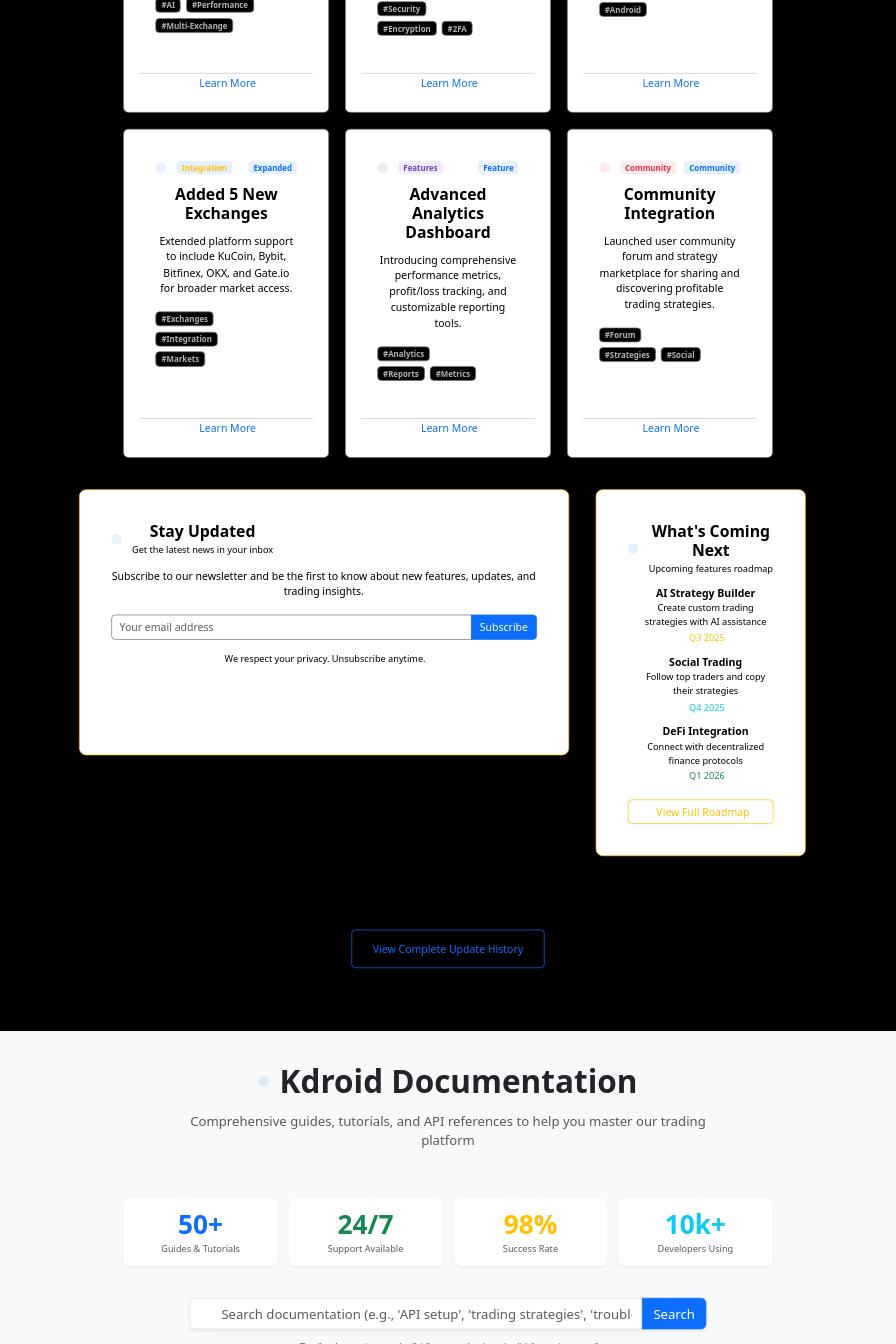
Repository: Kevin-Pro-Codes/halo-trading
Page: /
The author's editor kept a copy of each file at every save. The page is drawn from the files as they stood at one save, then again after the next save.
The browser window is 1280 px wide. The pictures show the part of the page from y = 3890 to 5810 px (the page is 19648 px tall), at 70% of full size.
The page's requests for data from a server got no answer. The project was rebuilt for these pictures with package versions that can differ from the ones it lists, and the page was loaded fresh each time. Some packages were replaced by stand-ins written for this rebuild. No one was signed in, and anything a server would have sent is missing. Also part of the build but not shown: vite.config.js, src/styles/DocStyle.css, src/styles/PricingStyle.css.

Above is the page before, as saved 2025-12-09 21:00:43.

### src/index.css
:root {
  font-family: system-ui, Avenir, Helvetica, Arial, sans-serif;
  line-height: 1.5;
  font-weight: 400;
  color-scheme: light dark;
  color: rgba(255, 255, 255, 0.87);
  background-color: #242424;
  font-synthesis: none;
  text-rendering: optimizeLegibility;
  -webkit-font-smoothing: antialiased;
  -moz-osx-font-smoothing: grayscale;
}

a {
  font-weight: 500;
  color: #646cff;
  text-decoration: inherit;
}
a:hover {
  color: #535bf2;
}


h1 {
  font-size: 3.2em;
  line-height: 1.1;
}

button {
  border-radius: 8px;
  border: 1px solid transparent;
  padding: 0.6em 1.2em;
  font-size: 1em;
  font-weight: 500;
  font-family: inherit;
  background-color: #1a1a1a;
  cursor: pointer;
  transition: border-color 0.25s;
}
button:hover {
  border-color: #646cff;
}
button:focus,
button:focus-visible {
  outline: 4px auto -webkit-focus-ring-color;
}

### src/Navbar.jsx
import React from 'react';
import haloLogo from './assets/halo.png';



const Navbar = ({ showHamburger, menuOpen, setMenuOpen }) => {
  return (
    <nav className="navbar">
      <div className="nav-content">
        <div className="nav-brand">
          <img src={haloLogo} alt="Trading Bot Logo" className="logo-img" />
        </div>

        {showHamburger ? (
          <div className="hamburger-container">
            <button
              className={`hamburger-btn ${menuOpen ? 'active' : ''}`}
              onClick={() => setMenuOpen(!menuOpen)}
              aria-label="Menu"
            >
              <span></span>
              <span></span>
              <span></span>
            </button>
          </div>
        ) : (
          <div className="nav-links">
            <button className="nav-btn">Home</button>
            <button className="nav-btn">About</button>
            <button className="nav-btn">Products</button>
            <button className="nav-btn">Contact</button>
          </div>
        )}
      </div>

      {showHamburger && menuOpen && (
        <div className="mobile-menu">
          <button className="nav-btn">Home</button>
          <button className="nav-btn">About</button>
          <button className="nav-btn">Products</button>
          <button className="nav-btn">Contact</button>
        </div>
      )}
    </nav>
  );
};

export default Navbar;

### src/components/LatestSection.jsx
import React from 'react';

const LatestSection = () => {
  const updates = [
    {
      id: 1,
      title: "Version 3.0 Launched",
      description: "Major platform upgrade with AI-powered trading signals, enhanced backtesting, and multi-exchange arbitrage capabilities.",
      category: "Platform Update",
      date: "June 2025",
      icon: "bi-rocket-takeoff-fill",
      color: "primary",
      badge: "New",
      tags: ["AI", "Performance", "Multi-Exchange"]
    },
    {
      id: 2,
      title: "Enhanced Security Framework",
      description: "Implemented advanced API key encryption, multi-factor authentication, and real-time threat detection systems.",
      category: "Security",
      date: "May 2025",
      icon: "bi-shield-check",
      color: "success",
      badge: "Enhanced",
      tags: ["Security", "Encryption", "2FA"]
    },
    {
      id: 3,
      title: "Mobile App 2.0 Released",
      description: "Redesigned mobile application with real-time notifications, advanced charting, and one-click trade execution.",
      category: "Mobile",
      date: "April 2025",
      icon: "bi-phone-fill",
      color: "info",
      badge: "Update",
      tags: ["Mobile", "iOS", "Android"]
    },
    {
      id: 4,
      title: "Added 5 New Exchanges",
      description: "Extended platform support to include KuCoin, Bybit, Bitfinex, OKX, and Gate.io for broader market access.",
      category: "Integration",
      date: "March 2025",
      icon: "bi-arrow-left-right",
      color: "warning",
      badge: "Expanded",
      tags: ["Exchanges", "Integration", "Markets"]
    },
    {
      id: 5,
      title: "Advanced Analytics Dashboard",
      description: "Introducing comprehensive performance metrics, profit/loss tracking, and customizable reporting tools.",
      category: "Features",
      date: "February 2025",
      icon: "bi-graph-up",
      color: "purple",
      badge: "Feature",
      tags: ["Analytics", "Reports", "Metrics"]
    },
    {
      id: 6,
      title: "Community Integration",
      description: "Launched user community forum and strategy marketplace for sharing and discovering profitable trading strategies.",
      category: "Community",
      date: "January 2025",
      icon: "bi-people-fill",
      color: "danger",
      badge: "Community",
      tags: ["Forum", "Strategies", "Social"]
    }
  ];

  const categories = [
    { id: "all", name: "All Updates", icon: "bi-grid", count: updates.length },
    { id: "platform", name: "Platform", icon: "bi-rocket", count: 1 },
    { id: "security", name: "Security", icon: "bi-shield", count: 1 },
    { id: "mobile", name: "Mobile", icon: "bi-phone", count: 1 },
    { id: "integration", name: "Integration", icon: "bi-arrow-left-right", count: 1 },
    { id: "features", name: "Features", icon: "bi-stars", count: 1 },
    { id: "community", name: "Community", icon: "bi-people", count: 1 }
  ];

  return (
    <section className="py-5 bg-dark text-white">
      <div className="container">
        {/* Header */}
        <div className="row justify-content-center text-center mb-5">
          <div className="col-lg-8">
            <div className="d-flex align-items-center justify-content-center mb-3">
              <div className="bg-primary bg-opacity-10 p-2 rounded-circle me-3">
                <i className="bi bi-megaphone-fill text-primary fs-3"></i>
              </div>
              <h2 className="display-5 fw-bold mb-0 text-white">Latest Updates & News</h2>
            </div>
            <p className="lead text-white-50 mb-4">
              Stay updated with the latest features, improvements, and announcements from our trading platform
            </p>
          </div>
        </div>

        {/* Stats Summary */}
        <div className="row justify-content-center mb-5">
          <div className="col-lg-10">
            <div className="row g-3">
              <div className="col-md-3 col-6">
                <div className="text-center p-3 bg-dark bg-opacity-50 border border-secondary rounded-3">
                  <div className="display-6 fw-bold text-primary mb-1">{updates.length}</div>
                  <div className="text-white-50 small">Total Updates</div>
                </div>
              </div>
              <div className="col-md-3 col-6">
                <div className="text-center p-3 bg-dark bg-opacity-50 border border-secondary rounded-3">
                  <div className="display-6 fw-bold text-success mb-1">5</div>
                  <div className="text-white-50 small">New Exchanges</div>
                </div>
              </div>
              <div className="col-md-3 col-6">
                <div className="text-center p-3 bg-dark bg-opacity-50 border border-secondary rounded-3">
                  <div className="display-6 fw-bold text-warning mb-1">3.0</div>
                  <div className="text-white-50 small">Current Version</div>
                </div>
              </div>
              <div className="col-md-3 col-6">
                <div className="text-center p-3 bg-dark bg-opacity-50 border border-secondary rounded-3">
                  <div className="display-6 fw-bold text-info mb-1">98%</div>
                  <div className="text-white-50 small">Uptime Rate</div>
                </div>
              </div>
            </div>
          </div>
        </div>

        {/* Category Filter */}
        <div className="row justify-content-center mb-4">
          <div className="col-lg-10">
            <div className="d-flex flex-wrap justify-content-center gap-2 mb-4">
              {categories.map((category) => (
                <button
                  key={category.id}
                  className="btn btn-outline-primary btn-sm px-3 py-2"
                >
                  <i className={`bi ${category.icon} me-2`}></i>
                  {category.name}
                  <span className="badge bg-primary ms-2">{category.count}</span>
                </button>
              ))}
            </div>
          </div>
        </div>

       {/* Updates Grid */}
<div className="row justify-content-center">
  <div className="col-lg-10">
    <div className="row g-4">
      {updates.map((update) => (
        <div key={update.id} className="col-md-6 col-lg-4">
          <div className="card h-100 border-secondary bg-white hover-lift transition-all">
            <div className="card-body p-4">
              <div className="d-flex justify-content-between align-items-start mb-3">
                <div className="d-flex align-items-center">
                  <div className={`bg-${update.color} bg-opacity-10 p-2 rounded-circle me-3`}>
                    <i className={`bi ${update.icon} text-${update.color} fs-5`}></i>
                  </div>
                  <span className={`badge bg-${update.color} bg-opacity-10 text-${update.color}`}>
                    {update.category}
                  </span>
                </div>
                <span className="badge bg-primary bg-opacity-10 text-primary">
                  {update.badge}
                </span>
              </div>

              <h4 className="fw-bold mb-3 text-black">{update.title}</h4>
              <p className="text-black mb-4">{update.description}</p>

              <div className="d-flex justify-content-between align-items-center mt-auto">
                <div className="d-flex flex-wrap gap-2"> {/* REMOVED: pb-5 class */}
                  {update.tags.map((tag, index) => (
                    <span key={index} className="badge bg-dark border border-secondary text-white-50 small pb-1.5">
                      #{tag}
                    </span>
                  ))}
                </div>
                <div className="text-end">
                  <div className="text-white-50 small">{update.date}</div>
                </div>
              </div>
            </div>

            {/* Card Footer */}
            <div className="card-footer bg-white border-top border-secondary pt-0">
              <button className="btn btn-link text-decoration-none p-0 text-primary">
                <i className="bi bi-arrow-right-circle me-1"></i>
                Learn More
              </button>
            </div>
          </div>
        </div>
      ))}
    </div>
  </div>
</div>

{/* Two Boxes at Bottom - FULL CONTROL */}
<div style={{
  width: '100%',
  marginTop: '3rem',
  marginBottom: '2rem'
}}>
  <div style={{
    display: 'flex',
    justifyContent: 'center'
  }}>

    {/* Left Box: Newsletter */}
    <div style={{
      marginLeft: '95px',
      minWidth: '650px',
      maxWidth: '700px'
    }}>
       <div className="card border-warning bg-white" style={{
        minWidth: '700px',
        minHeight: '380px',
        borderRadius: '10px'
      }}>
        <div className="card-body p-4">

          <div className="d-flex align-items-center mb-3">
            <div className="bg-primary bg-opacity-10 p-2 rounded-circle me-3">
              <i className="bi bi-bell-fill text-black fs-4"></i>
            </div>
            <div>
              <h4 className="fw-bold mb-1 text-black">Stay Updated</h4>
              <p className="text-black small mb-0">Get the latest news in your inbox</p>
            </div>
          </div>

          <p className="text-black mb-4">
            Subscribe to our newsletter and be the first to know about new features, updates, and trading insights.
          </p>

          <div className="mt-auto">
            <div className="input-group mb-3">
              <input
                type="email"
                className="form-control border-secondary"
                placeholder="Your email address"
              />
              <button className="btn btn-primary">Subscribe</button>
            </div>
            <small className="text-black">
              <i className="bi bi-shield-check me-1"></i>
              We respect your privacy. Unsubscribe anytime.
            </small>
          </div>
        </div>
      </div>
    </div>

    {/* Right Box: Roadmap */}
    <div style={{
      flex: 'none',
      minWidth: '500px',
      maxWidth: '700px'
    }}>
      <div className="card border-warning bg-white" style={{
        minHeight: '380px',
         marginLeft: '88px',
        borderRadius: '10px'
      }}>
        <div className="card-body p-4">

          <div className="d-flex align-items-center mb-3">
            <div className="bg-warning bg-opacity-10 p-2 rounded-circle me-3">
              <i className="bi bi-map text-warning fs-4"></i>
            </div>
            <div>
              <h4 className="fw-bold mb-1 text-black">What's Coming Next</h4>
              <p className="text-black small mb-0">Upcoming features roadmap</p>
            </div>
          </div>

          <div className="mb-4">
            <div className="d-flex align-items-start mb-3">
              <div className="text-warning me-3 mt-1"><i className="bi bi-circle-fill"></i></div>
              <div>
                <h6 className="fw-bold mb-1 text-black">AI Strategy Builder</h6>
                <p className="text-black small mb-0">Create custom trading strategies with AI assistance</p>
                <small className="text-warning"><i className="bi bi-calendar me-1"></i> Q3 2025</small>
              </div>
            </div>

            <div className="d-flex align-items-start mb-3">
              <div className="text-info me-3 mt-1"><i className="bi bi-circle-fill"></i></div>
              <div>
                <h6 className="fw-bold mb-1 text-black">Social Trading</h6>
                <p className="text-black small mb-0">Follow top traders and copy their strategies</p>
                <small className="text-info"><i className="bi bi-calendar me-1"></i> Q4 2025</small>
              </div>
            </div>

            <div className="d-flex align-items-start">
              <div className="text-success me-3 mt-1"><i className="bi bi-circle-fill"></i></div>
              <div>
                <h6 className="fw-bold mb-1 text-black">DeFi Integration</h6>
                <p className="text-black small mb-0">Connect with decentralized finance protocols</p>
                <small className="text-success"><i className="bi bi-calendar me-1"></i> Q1 2026</small>
              </div>
            </div>
          </div>

          <div className="mt-auto">
            <button className="btn btn-outline-warning w-100">
              <i className="bi bi-clock-history me-2"></i>
              View Full Roadmap
            </button>
          </div>
        </div>
      </div>
    </div>

  </div>
</div>

        {/* View All Button - Adjusted for bottom position */}
        <div className="row justify-content-center mt-5 py-5"> {/* CHANGED: Increased top margin to mt-5 and added vertical padding with py-5 */}
          <div className="col-lg-10 text-center">
            <button className="btn btn-outline-primary px-4 py-3">
              <i className="bi bi-clock-history me-2"></i>
              View Complete Update History
              <i className="bi bi-arrow-right ms-2"></i>
            </button>
          </div>
        </div>
      </div>

      {/* CSS Styling */}
      <style jsx>{`
        .bg-dark {
          background-color: #000000 !important;
        }
          .bg-white {
          background-color: #ffffffff !important;
        }
        .hover-lift {
          transition: all 0.3s ease;
        }

        .hover-lift:hover {
          transform: translateY(-5px);
          box-shadow: 0 10px 25px rgba(0, 0, 0, 0.3) !important;
          border-color: #495057 !important;
        }

        .transition-all {
          transition: all 0.3s ease;
        }

        .bg-purple {
          background-color: #6f42c1 !important;
        }

        .text-purple {
          color: #6f42c1 !important;
        }

        .bg-purple.bg-opacity-10 {
          background-color: rgba(111, 66, 193, 0.1) !important;
        }

        .bg-danger.bg-opacity-10 {
          background-color: rgba(220, 53, 69, 0.1) !important;
        }

        .text-white-50 {
          color: rgba(255, 255, 255, 0.7) !important;
        }




      `}</style>
    </section>
  );
};

export default LatestSection;

### src/Footer.jsx
import React from "react";

const Footer = () => {
  return (
    <footer className="section-black">
      <div className="section-content">
        <div className="footer-grid">
          <div className="footer-col">
            <h3>Contact</h3>
            <p>Email: support@halo.com</p>
            <p>Phone: +55 11 9987-6543</p>
            <p>Address: 456 Finance Street, Crypto City</p>
          </div>
          <div className="footer-col">
            <h3>Legal</h3>
            <p><a href="#">Risk Disclosure</a></p>
            <p><a href="#">Terms of Service</a></p>
            <p><a href="#">Privacy Policy</a></p>
          </div>
          <div className="footer-col">
            <h3>Support</h3>
            <p><a href="#">Help Center</a></p>
            <p><a href="#">API Documentation</a></p>
            <p><a href="#">Community Forum</a></p>
            <p className="mt-3"><a href="#">MetaTrader 5</a></p>
          </div>
        </div>
        <div className="footer-bottom">
          <p>
            © 2025 Halo Algo Trading. All rights reserved. Disclaimer: Trading
            involves risk. Past performance is not indicative of future results.
          </p>
          <p className="disclaimer"></p>
        </div>
      </div>
    </footer>
  );
};

export default Footer;

### src/App.css
/* Variables */
:root {
  --primary-color: #646cff;
  --primary-hover: #535bf2;
  --text-dark: black;
  --text-light: #ffffff;
  --bg-dark: black;
  --bg-light: #ffffff;
  --border-radius: 4px;
  --transition: all 0.3s ease;
}

#root {
  max-width: 100%;
  margin: auto;
  padding: 0rem;
  text-align: center;
}

/* Base Styles */
* {
  box-sizing: border-box;
  margin: 0;
  padding: 0;


}

html {
  font-size: 15px;

}



/* Typography */
h1, h2, h3, h4, h5, h6 {
  margin-bottom: 1rem;
  line-height: 1.2;
}

h2 {
  font-size: 2rem;
}

h3 {
  font-size: 1.5rem;
  margin: 1rem 0;
}

p {
  margin-bottom: 1rem;
}

ul {
  list-style: none;
  padding-left: 0;
}

/* Utility Classes */
.black-text {
  color: var(--text-dark);
}

.white-text {
  color: var(--text-light);
}

.bg-white {
  background-color: var(--bg-light);
}

.bg-black {
  background-color: var(--bg-dark);
}


section {
  padding: 3rem 0;
}

.section-content {
  max-width: 2280px;
  margin: 0 auto;
  padding: 0 1rem;
}

.section-black {
  background-color: var(--bg-dark);
  color: var(--text-light);
}

### src/styles/ConverterStyle.css
/* Add to your existing CSS */
.converter-container {
  max-width: 500px;
  margin: 0 auto;
}

.converter-card {
  background-color: white;
  padding: 2rem;
  border-radius: var(--border-radius);
}

.converter-row {
  display: flex;
  align-items: center;
  margin-bottom: 1rem;
}

.converter-row label {
  width: 80px;
  text-align: right;
  margin-right: 1rem;
}

.converter-row input {
  flex: 1;
  padding: 0.5rem;
  border-radius: var(--border-radius);
  border: 1px solid #ddd;
  background-color: var(--bg-light);
  color: var(--text-dark);
}

.converter-card label,
.converter-card .rate-display {
  color: black; /* Replace with your desired color */
  font-weight: bold;
}

.rate-display {
  text-align: center;
  margin-top: 1.5rem;
  font-size: 0.9rem;
  opacity: 0.8;
}

/* Responsive adjustments */
@media (max-width: 600px) {
  .converter-row {
    flex-direction: column;
    align-items: flex-start;
  }

  .converter-row label {
    width: 100%;
    text-align: left;
    margin-bottom: 0.5rem;
  }
}

### src/styles/GalleryStyle.css
.card {
  max-width: 300px;         /* sets a max size without using % */
  width: 100%;              /* allows it to shrink only if necessary */
  padding: 1.5rem;
  border-radius: var(--border-radius);
  margin: 1rem auto;        /* centers the card */
  text-align: center;       /* centers button inside */
  box-sizing: border-box;   /* ensures padding doesn't add to width */
}



/* Gallery */
.gallery-grid {
  display: grid;
  grid-template-columns: repeat(auto-fill, minmax(200px, 1fr));
  gap: 1rem;
  margin-top: 1rem;
}

.gallery-item {
  border: 2px solid black;     /* Outline border color */
  border-radius: 8px;            /* Rounded corners (optional) */
  padding: 16px;                 /* Inner spacing */
  text-align: center;            /* Center the text */
  font-size: 20px;
  font-family: 'Calibri', sans-serif;
  color: black !important;
  transition: 0.3s ease-in-out;  /* Smooth hover transition */
  position: relative;
  width: 100%;
  height: 10rem;
  overflow: hidden;
  border-radius: 8px;
  background-color: white;
  box-shadow: 0 0 6px white;
}


.gallery-image {
  max-width: 100%;
  max-height: 100%;
  object-fit: contain;
}



.photo-gallery {
  display: grid;
  grid-template-columns: repeat(auto-fit, minmax(200px, 1fr));
  gap: 16px;
}


.square-image-container {
  position: absolute;
  top: 0; left: 0; right: 0; bottom: 0;
  display: flex;
  justify-content: center;
  align-items: center;
  overflow: hidden;
}

### src/styles/FooterStyle.css

/* Footer */
.footer-grid {
  display: grid;
  grid-template-columns: repeat(auto-fit, minmax(200px, 1fr));

}

.footer-col a {
  color: var(--text-light);
  text-decoration: none;

}

.footer-col a:hover {
  text-decoration: underline;

}

.footer-bottom {
  text-align: center;
  padding-top: 1rem;
  border-top: 1px solid rgba(255, 255, 255, 0.1);

}

.disclaimer {

  padding-bottom: 10px;
   margin-bottom: 0px !important;
}

Loaded but not shown: index.html (common file); src/main.jsx (common file); src/components/DocSection.jsx (389 lines, source omitted); src/components/ConverterSection.jsx (399 lines, source omitted); src/components/FaqSection.jsx (283 lines, source omitted); src/components/SetupSection.jsx (300 lines, source omitted); src/components/GallerySection.jsx (302 lines, source omitted); src/components/PricingSection.jsx (314 lines, source omitted); src/components/TestimonialSection.jsx (224 lines, source omitted); src/components/IntroSection.jsx (222 lines, source omitted); src/components/PerformanceSection.jsx (184 lines, source omitted); src/App.jsx (130 lines, source omitted); src/styles/NavbarStyle.css (126 lines, source omitted); src/styles/FaqStyle.css (no stored copy; drawn as an empty file); src/styles/IntroStyle.css (no stored copy; drawn as an empty file); src/styles/LatestStyle.css (no stored copy; drawn as an empty file); src/styles/PerformanceStyle.css (no stored copy; drawn as an empty file); src/styles/SetupStyle.css (no stored copy; drawn as an empty file); src/styles/TestimonialStyle.css (no stored copy; drawn as an empty file)

After the next save:
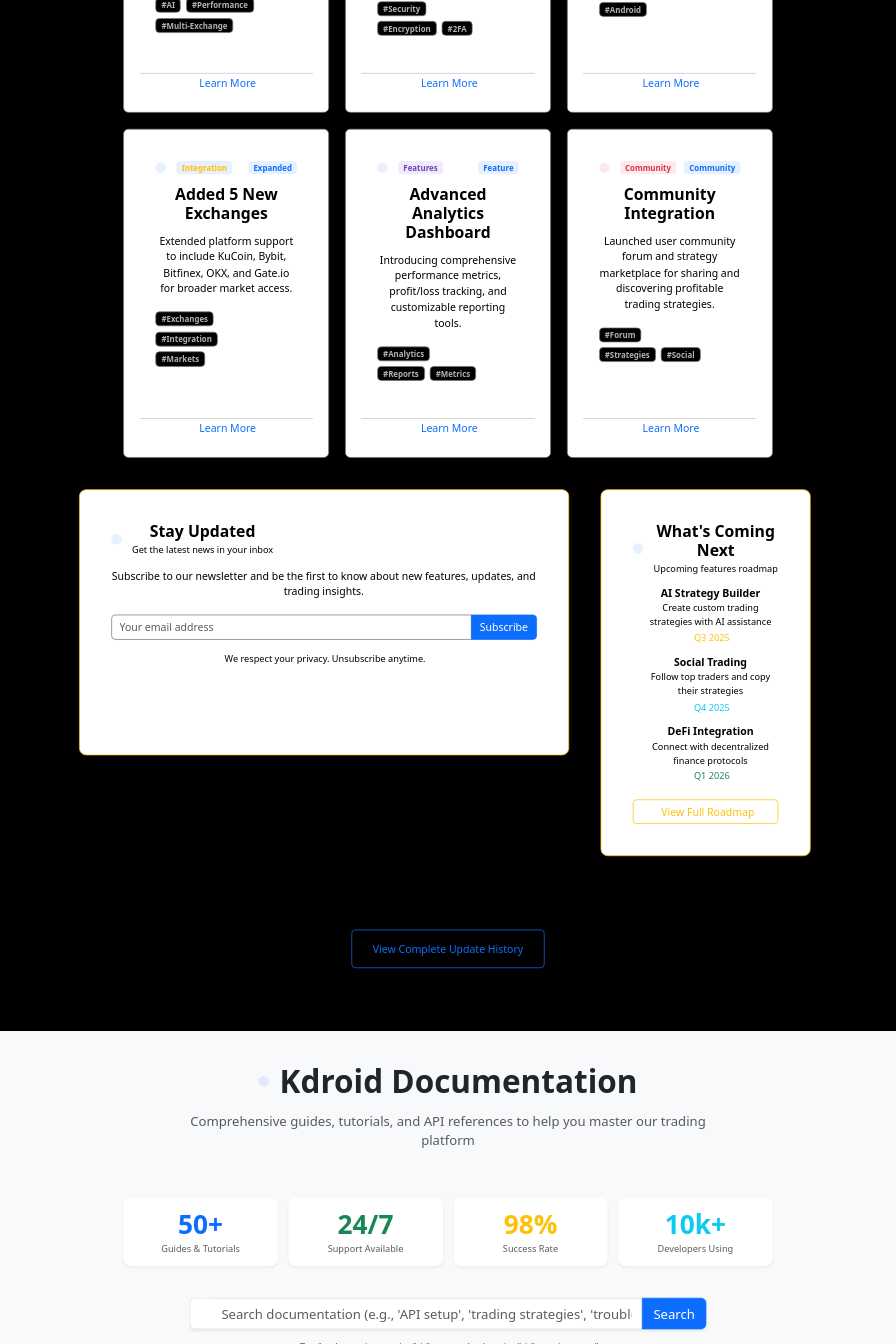
Saved 5 s later.
--- a/src/components/LatestSection.jsx
+++ b/src/components/LatestSection.jsx
@@ -265,7 +265,7 @@ const LatestSection = () => {
     }}>
       <div className="card border-warning bg-white" style={{
         minHeight: '380px',
-         marginLeft: '88px',
+         marginLeft: '95px',
         borderRadius: '10px'
       }}>
         <div className="card-body p-4">
